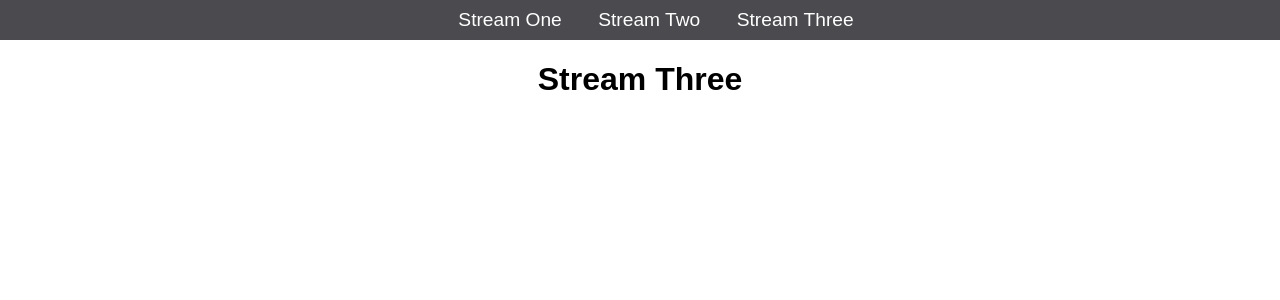
Repository: cathyann/my-first-website
Page: stream-three.html
The author's editor kept a record of every edit. The page is drawn from the files as they stood at one moment, then again after the next edit.
The browser window is 1280 px wide. The pictures show the whole page.

Above is the page before.

### stream-three.html
<!DOCTYPE html>
<html>
    <head>
        <title>Hello World</title>
        <link rel="stylesheet" href="css/style.css" type="text/css" />
    </head>
    <body>
        <nav>
            <ul>
                <li><a href="index.html">Stream One</a></li>
                <li><a href="stream-two.html">Stream Two</a></li>
                <li><a href="stream-three.html">Stream Three</a></li>
            </ul>
        </nav>
        <h1>Stream Three</h1>
        <div class="card">
            <a href="">
            <img src="">
            <h2></h2>
        </div>
        <div class="card">
            <a href="">
            <img src="">
            <h2></h2>
        </div>
        <div class="card">
            <a href="">
            <img src="">
            <h2></h2>
        </div>
        <div class="card">
            <a href="">
            <img src="">
            <h2></h2>
        </div>
        <div class="card">
            <a href="">
            <img src="">
            <h2></h2>
        </div>
        <div class="card">
            <a href="">
            <img src="">
            <h2></h2>
        </div>
    </body>
</html>

### css/style.css
body {
    margin: 0;
    padding: 0;
    font-family: 'Oswald', sans-serif;
}

nav ul {
    list-style: none;
    background-color: #4a4a4f;
    text-align: center;
    margin: 0;
    padding: 0;
}

nav li {
    font-size: 1.2em;
    line-height: 40px;
    height: 40px;
    display: inline-block;
    margin-left: 2.5%;
}

nav a {
    text-decoration: none;
    color: #ffffff;
    display: block;
}

nav a:hover {
    background-color: #ffffff;
    color: #4a4a4f;
}

.card {
    float: left;
    width: 20%;
    margin-left: 10%;
}

.card a {
    text-align: center;
}

.img {
    width: 100%;
}

h1 {
    text-align: center;
}

After the next edit:
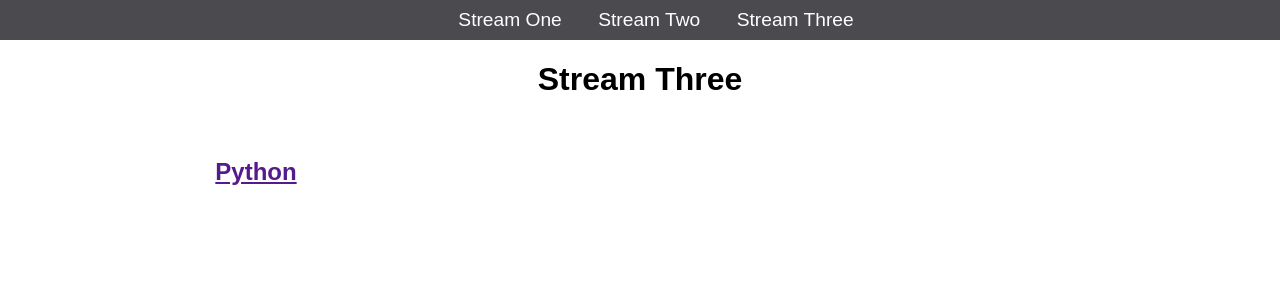
The edit:
--- a/stream-three.html
+++ b/stream-three.html
@@ -16,7 +16,7 @@
         <div class="card">
             <a href="">
             <img src="">
-            <h2></h2>
+            <h2>Python</h2>
         </div>
         <div class="card">
             <a href="">
